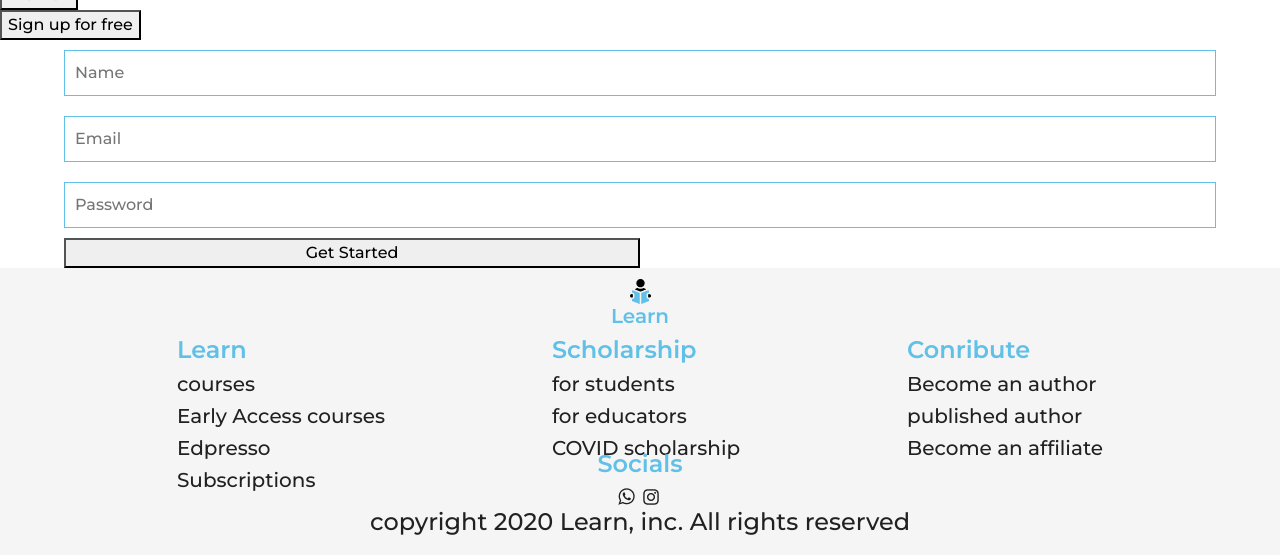
Repository: TiaraOluwanimi/team5
Page: tutor.html
The author's editor kept a copy of each file at every save. The page is drawn from the files as they stood at one save, then again after a run of saves.
The browser window is 1280 px wide. The pictures show the part of the page from y = 2326 to 2881 px (the page is 2881 px tall).
A picture or video elsewhere on the page could not be fetched, so the positions and the page height are approximate. Some web libraries are served in a nearby version.

Above is the page before, as saved 2020-08-08 11:05:08.

### tutor.html
<!DOCTYPE html>
<html lang="en">
  <head>
    <meta charset="UTF-8" />
    <meta name="viewport" content="width=device-width, initial-scale=1.0" />
    <title>Online Tutoring</title>
    <!-- Custom Css -->
    <link rel="stylesheet" href="./assets/css/header-footer.css" />
    <link rel="stylesheet" href="./assets/css/tutor.css" />
    <link rel="stylesheet" href="./assets/css/testimonial.css" />
    <!-- Favicon -->
    <link rel="shortcut icon" href="" type="image/x-icon" />
    <!---------------------- CDNs----------------- -->
    <!-- Bootstrap CSS CDN -->
    <link
      rel="stylesheet"
      href="https://maxcdn.bootstrapcdn.com/bootstrap/4.0.0/css/bootstrap.min.css"
      integrity="sha384-Gn5384xqQ1aoWXA+058RXPxPg6fy4IWvTNh0E263XmFcJlSAwiGgFAW/dAiS6JXm"
      crossorigin="anonymous"
    />
    <!-- fontawesome CDN -->
    <!-- Google Font -->
    <link href="https://fonts.googleapis.com/css2?family=Montserrat:wght@500;600&display=swap" rel="stylesheet">
    <!-- Font Awesome -->
    <script src="https://kit.fontawesome.com/0f19ba4771.js" crossorigin="anonymous"></script>

</head>

<body>
    <!-- Welcome to this online tutoring website. 😊 -->
    <!--  Header  -->
    <nav class="nav1">
      <a href="#"><img src="./assets/img/logo.png" alt="" /></a>
      <div class="nav1div1">
        <img
          class="searchicon"
          onclick="displaySearchBar()"
          src="./assets/img/search.png"
          alt=""
        />
        <button class="nav1butt1">Log in</button>
        <button class="nav1butt2">Join for free</button>
      </div>
      <div class="nav1div2 display">
        <input
          class="searchbar"
          type="text"
          placeholder="Enter Text here"
          name=""
          id=""
        />
      </div>
    </nav>

    <!-- Landing Page -->
    <div class="div1">
        <img class="div1img1" src="./assets/img/hero-img.png" alt="">
        <div class="div1div1">
            <i class="fas fa-play-circle fa-2x div1img2"></i>
            &nbsp;&nbsp;&nbsp;
            <h3 class="div1hh1">TAKE A TOUR</h3>
        </div>
    </div>

    <div class="div2">
        <h1 class="div2hh1">
            LEARN ALL YOU WANT, AT YOUR OWN
            <span class="div2hh2">PACE.</span>
        </h1>
        <h4 class="div2hh3">
            Lorem ipsum dolor sit amet, consectetur
            adipiscing elit, sed do eiusmod tempor
            incididunt ut labore et dolore magna
            aliqua. Ut enim ad minim veniam, quis
            nostrud exercitation ullamco laboris nisi
            ut aliquip ex ea commodo consequat.
        </h4>
        <div class="div2div1">
            <button class="div2butt1">Get Started</button>
        </div>
    </div>
    <!-- join us section -->
    <section id="join-us" class="py-5" style="position: relative;">
        <div style="position: absolute; right: 0px; top:-10px;">
          <img src="./assets/img/Ellipse 13.png" alt="" class="img-fluid" />
        </div>
        <div class="container">
          <div class="row">
            <div class="col-12 mx-auto text-center">
              <h4 class="mx-auto sec-head">
                <span><strong>Join Us</strong></span>
              </h4>
              <p>
                Join us for free classes taught by experts. And explore hundreds
                of free online classes.
              </p>
            </div>
            <div class="row py-3">
                <div class="col-md-4 text-center my-3">
                  <div class="box-shadow py-3">
                    <img
                      src="./assets/img/course.png"
                      alt=""
                      class="join-img img-fluid rounded-circle w-50"
                    />
                    <h4 class="my-5"><strong>Choose a Course</strong></h4>
                  </div>
                </div>
                <div class="col-md-4 text-center my-3">
                  <div class="box-shadow py-3">
                    <img
                      src="./assets/img/skillset.png"
                      alt=""
                      class="join-img img-fluid rounded-circle w-50"
                    />
                    <h4 class="my-5"><strong>Grow your skillset</strong></h4>
                  </div>
                </div>
                <div class="col-md-4 text-center my-3">
                  <div class="box-shadow py-3">
                    <img
                      src="./assets/img/mentorship.png"
                      alt=""
                      class="join-img img-fluid rounded-circle w-50"
                    />
                    <h4 class="my-5"><strong>Meet a mentor</strong></h4>
                  </div>
                </div>
                <button
                  class="btn btn-lg btn-outline-primary py-3 px-5 rounded-0 mx-auto"
                >
                  View All
                </button>
              </div>
            </div>
          </section>

    <!-- service section -->
    <section id="services" class="py-5" style="position: relative;">
      <div style="position: absolute; left: 0px; top: -30px;">
        <img src="./assets/img/Ellipse 10.png" alt="" />
      </div>
      <div
        style="position: absolute; right: 0px; top: 30%; transform: scale(-1);"
      >
        <img src="./assets/img/Ellipse 10.png" alt="" />
      </div>
      <div class="container">
        <div class="row">
          <div class="col-12 mx-auto text-center">
            <h4 class="mx-auto sec-head">
              <span><strong>Services</strong></span>
            </h4>
            <p>
              Helping over 5,000 students reach their ultimate goals with our
              special packages.
            </p>
          </div>
        </div>
        <div class="row p-3">
          <div class="col-md-4 text-center py-3">
            <h4><strong>Get help, FAST</strong></h4>
            <img
              src="./assets/img/hourglass 1.png"
              alt=""
              class="img-fluid w-25 my-3"
            />
            <p class="my-3" style="font-size: 14px;">
              Lorem ipsum dolor sit amet, consectetur adipiscing elit, sed do
              eiusmod tempor incididunt ut labore et dolore magna aliqua. Ut
              enim ad minim veniam, quis nostrud exercitation ullamco laboris
              nisi ut aliquip ex ea commodo consequat. um.
            </p>
            <h6 class="border py-3 px-1 mx-3 border-primary">
              Learn More <i></i>
            </h6>
          </div>
          <div class="col-md-4 text-center py-3">
            <h4><strong>Personalised tutoring</strong></h4>
            <img
              src="./assets/img/teacher 1.png"
              alt=""
              class="img-fluid w-25 my-3"
            />
            <p class="my-3" style="font-size: 14px;">
              Lorem ipsum dolor sit amet, consectetur adipiscing elit, sed do
              eiusmod tempor incididunt ut labore et dolore magna aliqua. Ut
              enim ad minim veniam, quis nostrud exercitation ullamco laboris
              nisi ut aliquip ex ea commodo consequat. um.
            </p>
            <h6 class="border py-3 px-1 mx-3 border-primary">
              Learn More <i></i>
            </h6>
          </div>
          <div class="col-md-4 text-center py-3">
            <h4><strong>80+ Courses</strong></h4>
            <img
              src="./assets/img/test 1.png"
              alt=""
              class="img-fluid w-25 my-3"
            />
            <p class="my-3" style="font-size: 14px;">
              Lorem ipsum dolor sit amet, consectetur adipiscing elit, sed do
              eiusmod tempor incididunt ut labore et dolore magna aliqua. Ut
              enim ad minim veniam, quis nostrud exercitation ullamco laboris
              nisi ut aliquip ex ea commodo consequat. um.
            </p>
            <h6 class="border py-3 px-1 mx-3 mx-lg-1 border-primary">
              Learn More <i></i>
            </h6>
          </div>
        </div>
      </div>
    </section>
    <!-- Testimonial section -->
    <section>
      <div>
        <div class="testimonial-heading">
          <div>
            <hr>
            <span>Testimonials</span>
            <hr>
          </div>
          <p>what our awesome client are saying</p>
        </div>
        <div>
          <div class="testimonial-card">
            <img src="./assets/img/Ellipse 7.png" alt="">
            <div class="testimonial-statement">
              <p>Lorem ipsum dolor sit amet, consectetur adipiscing elit, sed do odo consequat. um.</p>
            </div>
            <p>-Rafiu</p>
          </div>
          <button>View all</button>
        </div>
        <div>
          <button>Sign up for free</button>
        </div>
        <div class="testimonial-container">
          <form >
            <input type="text" placeholder="Name">
            <input type="email" placeholder="Email">
            <input type="password" placeholder="Password">
            <button>Get Started</button>
          </form>
        </div>
      </div>
    </section>
    <!--  Footer  -->
    <footer class="footer1">
      <div class="footer1div1">
        <img class="footer1img1" src="./assets/img/logo.png" alt="" />
        <h5 class="footer1hh1">Learn</h5>
      </div>

      <div class="footer1div2">
        <div class="footer1div3">
          <h4 class="footer1hh2">Learn</h4>
          <a href="" class="footer1link1"
            ><h5 class="footer1hh3">courses</h5></a
          >
          <a href="" class="footer1link1"
            ><h5 class="footer1hh3">Early Access courses</h5></a
          >
          <a href="" class="footer1link1"
            ><h5 class="footer1hh3">Edpresso</h5></a
          >
          <a href="" class="footer1link1"
            ><h5 class="footer1hh3">Subscriptions</h5></a
          >
        </div>
        <div class="footer1div4">
          <h4 class="footer1hh2">Scholarship</h4>
          <a href="" class="footer1link1"
            ><h5 class="footer1hh3">for students</h5></a
          >
          <a href="" class="footer1link1"
            ><h5 class="footer1hh3">for educators</h5></a
          >
          <a href="" class="footer1link1"
            ><h5 class="footer1hh3">COVID scholarship</h5></a
          >
        </div>
        <div class="footer1div5">
          <h4 class="footer1hh2">Conribute</h4>
          <a href="" class="footer1link1"
            ><h5 class="footer1hh3">Become an author</h5></a
          >
          <a href="" class="footer1link1"
            ><h5 class="footer1hh3">published author</h5></a
          >
          <a href="" class="footer1link1"
            ><h5 class="footer1hh3">Become an affiliate</h5></a
          >
        </div>
      </div>

      <div class="footer1div6">
        <h4 class="footer1hh2 redd">Socials</h4>
        <a href="#"><img src="./assets/img/whatsapp.png" alt="" /></a>
        <a href="#"><img src="./assets/img/instagram.png" alt="" /></a>
      </div>

      <h4 class="footer1hh4">
        copyright 2020 Learn, inc. All rights reserved
      </h4>
    </footer>

    <!---------------------- CDNs----------------- -->
    <!-- jQuery CDN -->
    <script
      src="https://code.jquery.com/jquery-3.2.1.slim.min.js"
      integrity="sha384-KJ3o2DKtIkvYIK3UENzmM7KCkRr/rE9/Qpg6aAZGJwFDMVNA/GpGFF93hXpG5KkN"
      crossorigin="anonymous"
    ></script>
    <!-- ajax CDN -->
    <script
      src="https://cdnjs.cloudflare.com/ajax/libs/popper.js/1.12.9/umd/popper.min.js"
      integrity="sha384-ApNbgh9B+Y1QKtv3Rn7W3mgPxhU9K/ScQsAP7hUibX39j7fakFPskvXusvfa0b4Q"
      crossorigin="anonymous"
    ></script>
    <!-- BootstrapJS CDN -->
    <script
      src="https://maxcdn.bootstrapcdn.com/bootstrap/4.0.0/js/bootstrap.min.js"
      integrity="sha384-JZR6Spejh4U02d8jOt6vLEHfe/JQGiRRSQQxSfFWpi1MquVdAyjUar5+76PVCmYl"
      crossorigin="anonymous"
    ></script>
    <!-- Custom Javascript Links -->
    <script src="./assets/js/tutor.js"></script>
  </body>
</html>

### assets/css/header-footer.css

/*  Header Navbar */
body{
  margin: 0;
}
.nav1{
   margin: 10px;
}
.nav1div1{
    display: inline;
    float: right;
}
.nav1butt1{
    color: #212121;
    border-color: #212121;
    border-width: 1px;
    background-color: #FFFFFF;
    padding: 7px 7px;
    font-family: 'Montserrat', sans-serif;
    font-weight: 500;
    outline: none;
    margin-left: 35px;
}
.nav1butt2{
    color: #FFFFFF;
    border-color: #60C0E8;
    border: none;
    background-color: #60C0E8;
    padding: 8px 7px;
    font-family: 'Montserrat', sans-serif;
    font-weight: 500;
    outline: none;
    margin-left: 8px;
}
.nav1butt1:hover{
    background-color: #f0f0f0;
      cursor: pointer;
}
.nav1butt2:hover{
    background-color: #60adce;
    cursor: pointer;
}
.searchicon:hover{
    cursor: pointer;
}
.nav1div2{
    text-align: center;
    width: 100%;
    margin-top: 10px;
}
.searchbar{
    width: 60%;
    font-family: 'Montserrat', sans-serif;
    outline: none;
    border-radius: 10px;
    padding: 10px;
    border-width: 1px;
}
.footer1link1{
    text-decoration: none;
}
.display{
    display: none;
}



/*  Footer  */
.footer1{
    padding: 10px;
    background-color: #F5F5F5;
}
.footer1div1{
    text-align: center;
}
.footer1hh1{
    margin-top: 0px;
    font-family: 'Montserrat', sans-serif;
    color: #60C0E8;
    font-weight: 600;
}
.footer1div2{
    display: flex;
    flex-direction:row;
    justify-content: space-evenly;
}
.footer1hh2{
    font-family: 'Montserrat', sans-serif;
    color: #60C0E8;
    font-weight: 600;
}
.footer1hh3{
    font-family: 'Montserrat', sans-serif;
    color: #212121;
    font-weight: normal;
}
.footer1div6{
    text-align: center;
    margin-top: -50px;
}
.redd{
    margin-bottom: 5px;
}
.footer1hh4{
    text-align: center;
    font-family: 'Montserrat', sans-serif;
    color: #212121;
    font-style: normal;
    font-weight: 500;
}

/* Footer Media Queries */
@media only screen and (max-width: 399px) {
    .footer1div2{
        flex-direction: column;
        align-items: center;
    }
    .footer1div6{
        text-align: center;
        margin-top: -10px;
    }
}

### assets/css/tutor.css
* {
  font-family: "Montserrat", sans-serif;
}
.div1 {
  margin: 10px;
  text-align: center;
}
.div1div1 {
  width: 100%;
  display: flex;
  justify-content: center;
  background-color: #60c0e8;
  margin-top: -5px;
}
.div1img1 {
  width: 100%;
  height: 350px;
}
.div1img2 {
  padding-top: 15px;
  color: #ffffff;
}
.div1div1:hover {
  background-color: #60adce;
  cursor: pointer;
}
.div1hh1 {
  font-family: "Montserrat", sans-serif;
  font-weight: 600;
  color: #ffffff;
}

.div2 {
  margin: 10px;
}
.div2hh1 {
  font-family: "Montserrat", sans-serif;
  text-align: center;
  color: #3a3a3a;
  font-weight: bold;
}
.div2hh2 {
  color: #60c0e8;
}
.div2hh3 {
  font-family: "Montserrat", sans-serif;
  text-align: center;
  color: #000000;
  font-weight: 500;
}
.div2div1 {
  text-align: center;
}
.div2butt1 {
  background-color: #60c0e8;
  font-weight: 500;
  color: #ffffff;
  border: none;
  outline: none;
  padding: 15px 30px;
  font-size: large;
}
.div2butt1:hover {
  background-color: #60adce;
  cursor: pointer;
}

/* this handles the line in each section heading  */
.sec-head {
  width: 30%;
  text-align: center;
  border-bottom: 2px solid #000;
  line-height: 0.1em;
  margin: 10px 0 20px;
}
.sec-head span {
  background: #fff;
  padding: 0 10px;
}
/* join us images border */
.join-img {
  border: 5px solid #60c0e8 !important;
}
/* box shadow */
.box-shadow {
  box-shadow: 0px 5px 30px 0.5px #e6e6e6;
}
.box-shadow:hover {
  box-shadow: 0px 5px 30px 5px #c7c7c7;
}

@media screen and (max-width: 320px) {
  .sec-head {
    width: 70%;
  }
}

### assets/css/testimonial.css
.testimonial-heading{
    text-align:center;
}
.testimonial-card{
    text-align: center;
    width:250px;
    padding:15px;
    position: relative;
    background-color: #60C0E8;

}
.testimonial-card img{
    margin-top:-10px;
    width:120px;

}
.testimonial-statement{
    color:#fff;
    margin:10px 0;
}

.testimonial-container{
    width:90%;
    margin:0 auto;
    overflow: hidden;
}

form{
    box-sizing: border-box;
}
form input{
    width:100%;
    margin:10px 0;
    padding:10px;
    border: 1px solid #60C0E8;
    box-sizing: border-box;
}

form button{
    width:50%;
    margin: 0 auto;
}

### assets/js/tutor.js

function displaySearchBar(){
    document.querySelector(".nav1div2").classList.toggle("display");
}

After the next 2 saves:
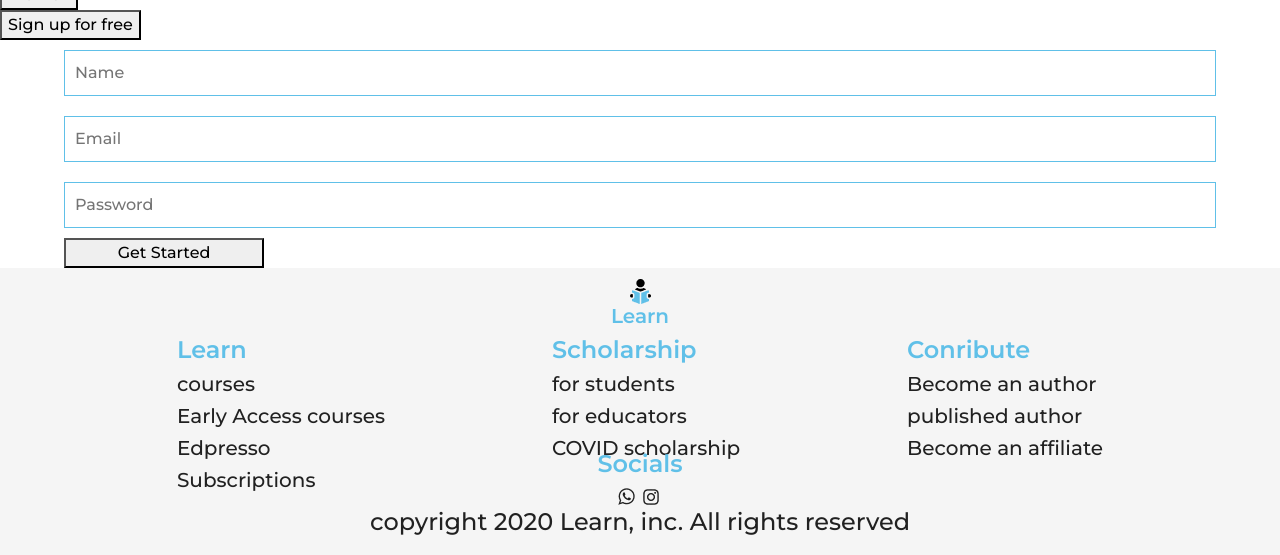
The 2 saves are shown as one change because they came seconds apart.
The last was saved 43 s later.
--- a/assets/css/testimonial.css
+++ b/assets/css/testimonial.css
@@ -37,6 +37,6 @@ form input{
 }
 
 form button{
-    width:50%;
+    width:200px;
     margin: 0 auto;
 }
